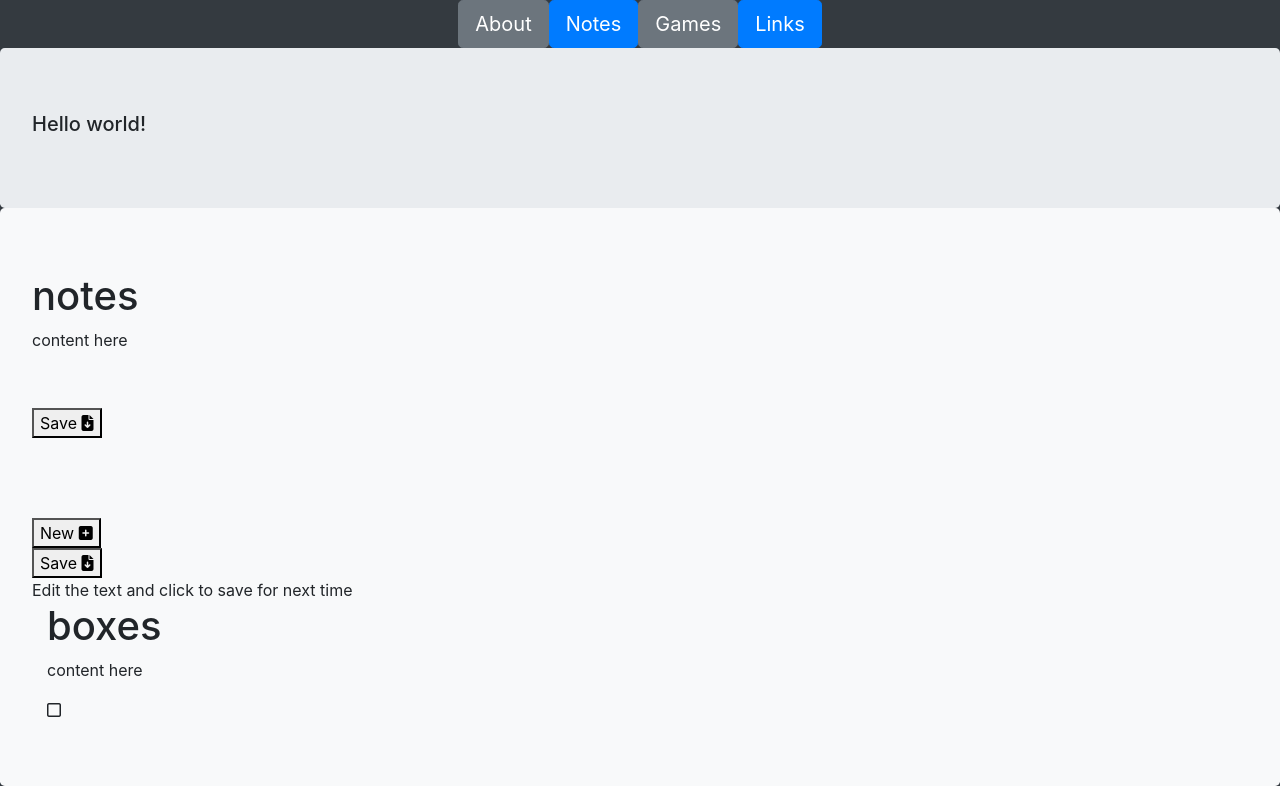
Repository: Kamicoda/Noteblock
Page: index.html
The author's editor kept a record of every edit. The page is drawn from the files as they stood at one moment, then again after the next edit.
The browser window is 1280 px wide. The pictures show the whole page.
Some web libraries are served in a nearby version.

Above is the page before.
Console error: ReferenceError: checkEdits is not defined

After the next edit:
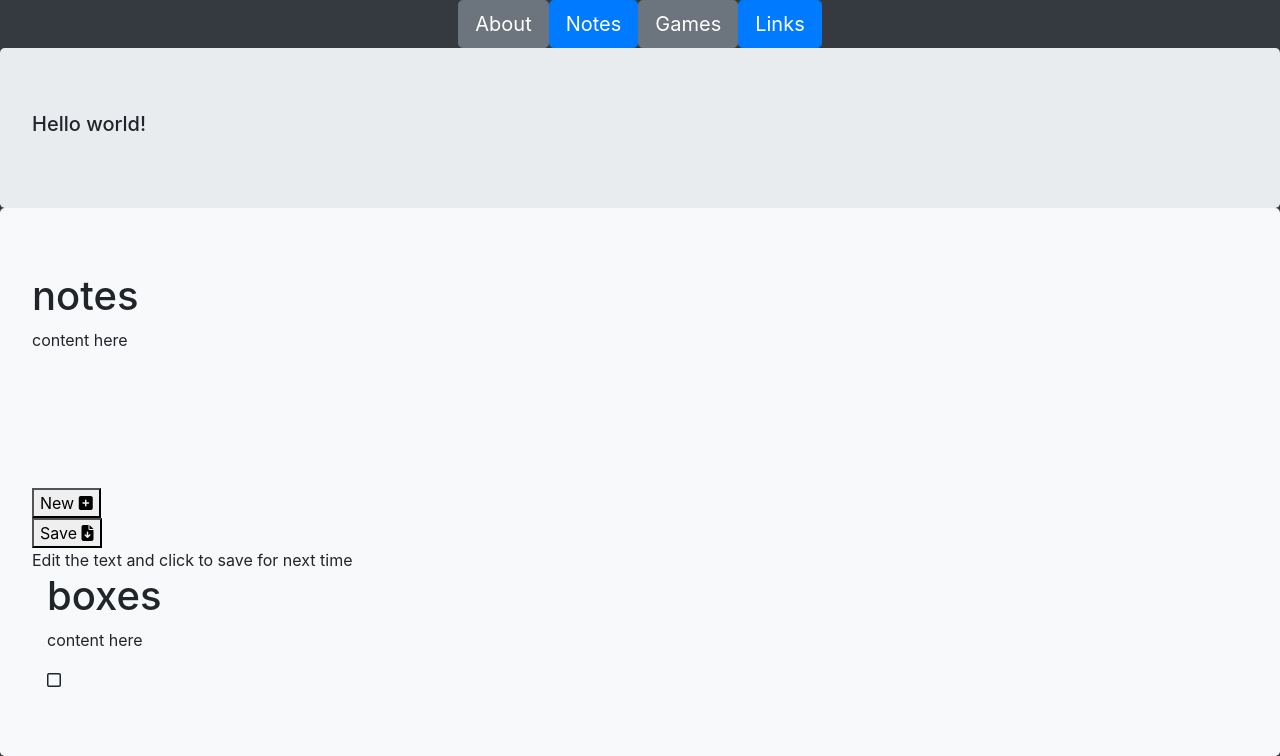
The edit:
--- a/index.html
+++ b/index.html
@@ -72,12 +72,10 @@
                         <p>content here</p>
                         <div id="editList" class="#">
                             <div id="item" class="#">
-                                <p id="edit" contenteditable="true" class="editableP"></p><button type="button " onclick="save()" class="saveButton">Save
-                        <i class="fas fa-file-download"></i></button>
-                            </div>
+                                <p id="edit" contenteditable="true" class="editableP"></p>
 
                                 <p id="edit1" contenteditable="true" class="editableP"></p>
-                            <div id="item2" class="#">
+
                                 <p id="edit2" contenteditable="true" class="editableP"></p>
                         </div>
                         <div>
